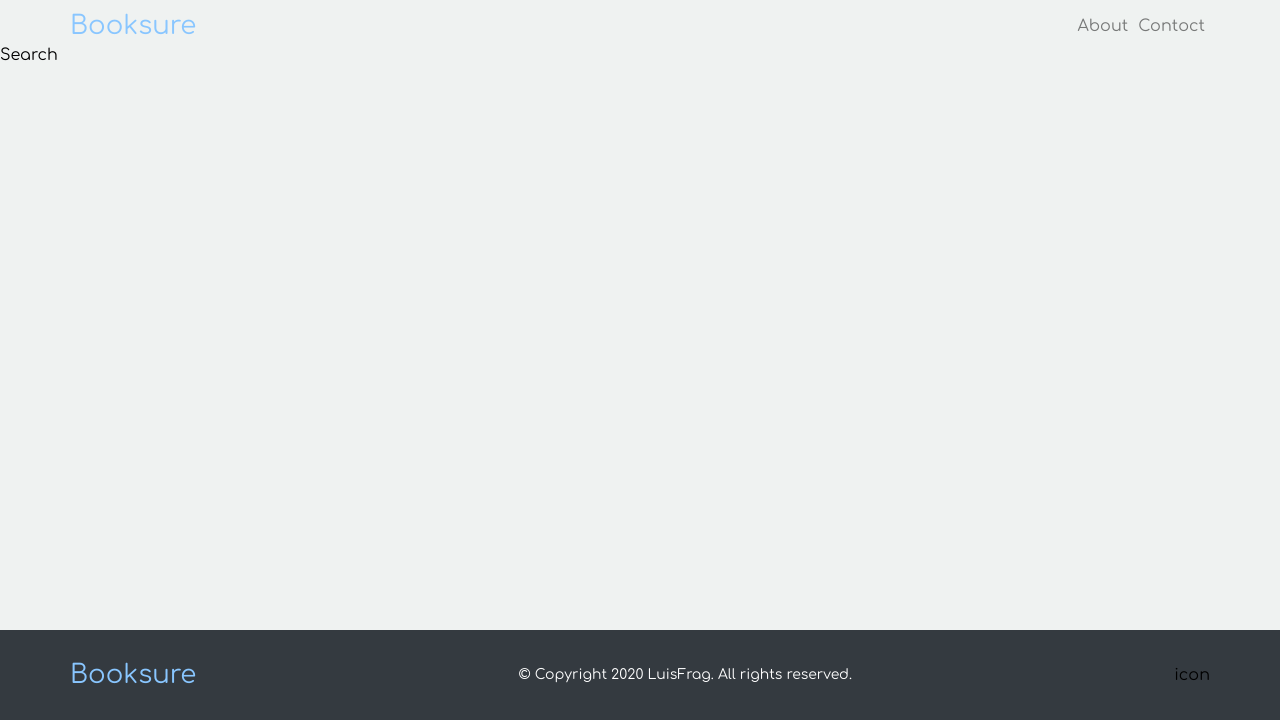
Repository: changesxxx/searchBooks
Page: /search
The author's editor kept a copy of each file at every save. The page is drawn from the files as they stood at one save, then again after the next save.
The browser window is 1280 px wide. The pictures show the whole page.
The project was rebuilt for these pictures with package versions that can differ from the ones it lists, and the page was loaded fresh each time. Also part of the build but not shown: craco.config.js.

Above is the page before, as saved 2024-06-24 17:35:56.

After the next save:
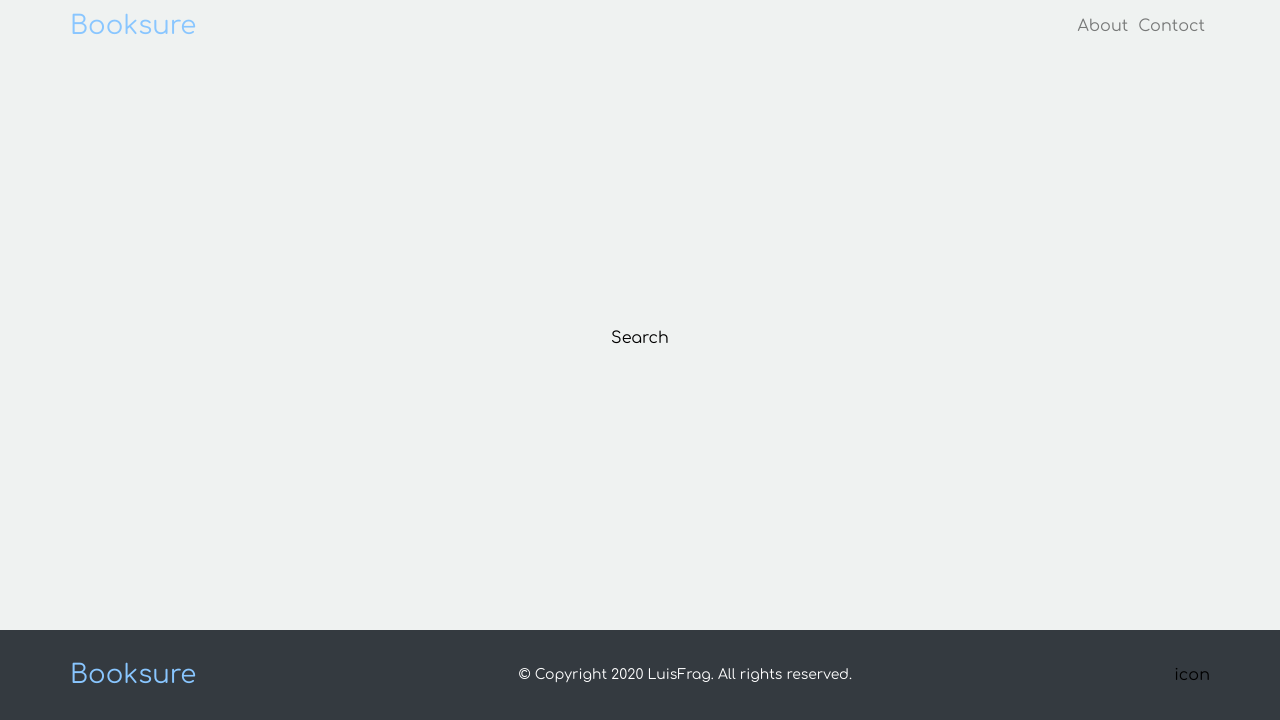
Saved 27 s later.
--- a/src/view/search/style.js
+++ b/src/view/search/style.js
@@ -1,7 +1,7 @@
 import { styled } from 'styled-components'
 
 const searchWrapper = styled.div`
-  flex: 1;
+  margin: auto;
 `
 
 export default searchWrapper
